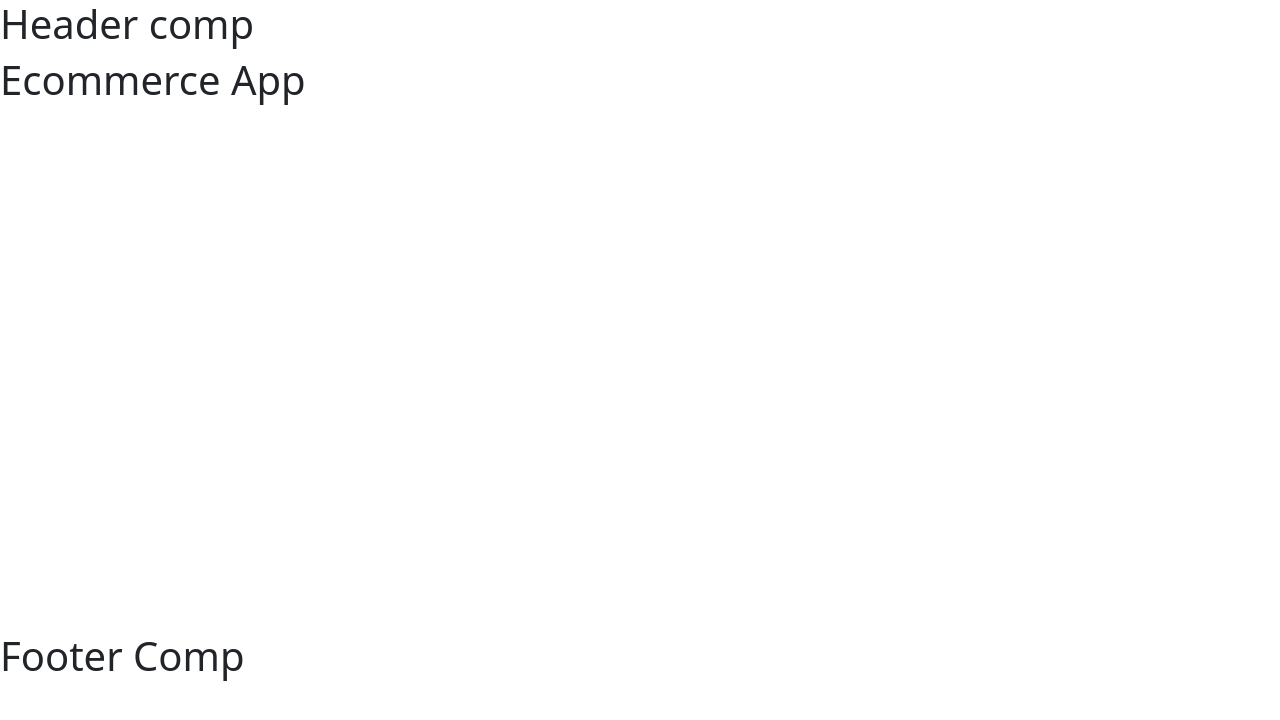
Repository: Abhi2359/SaleXpress
Page: / (app in client/)
These files come from the project's save history. The page is drawn as it stood at one moment and after a run of saves; the edit follows.
The browser window is 1280 px wide. The pictures show the whole page.
The project was rebuilt for these pictures with package versions that can differ from the ones it lists, and the page was loaded fresh each time. Also part of the build but not shown: client/vite.config.js, client/src/App.css.

Above is the page before, as saved 2023-05-08 18:20:25.

### client/index.html
<!DOCTYPE html>
<html lang="en">
  <head>
    <meta charset="UTF-8" />
    <link href="https://cdn.jsdelivr.net/npm/bootstrap@5.3.0-alpha3/dist/css/bootstrap.min.css" rel="stylesheet" integrity="sha384-KK94CHFLLe+nY2dmCWGMq91rCGa5gtU4mk92HdvYe+M/SXH301p5ILy+dN9+nJOZ" crossorigin="anonymous">
    <meta name="viewport" content="width=device-width, initial-scale=1.0" />
    <title>SaleXpress</title>
  </head>
  <body>
    <div id="root"></div>
    <script src="https://cdn.jsdelivr.net/npm/bootstrap@5.3.0-alpha3/dist/js/bootstrap.bundle.min.js" integrity="sha384-ENjdO4Dr2bkBIFxQpeoTz1HIcje39Wm4jDKdf19U8gI4ddQ3GYNS7NTKfAdVQSZe" crossorigin="anonymous"></script>
    <script type="module" src="/src/main.jsx"></script>
  </body>
</html>

### client/src/App.jsx
import { useState } from 'react'


import './App.css'
import Layout from './components/Layout/Layout'
function App() {

  return (
    <>
    <Layout>

     <h1>Ecommerce App</h1>
    </Layout>
    </>
  )
}

export default App

### client/src/index.css

@import url('https://fonts.googleapis.com/css2?family=Heebo:wght@600&family=Kumbh+Sans:wght@800&family=Playfair+Display:wght@700&family=Poppins:ital,wght@0,300;0,400;0,500;1,300;1,600&display=swap');


*{
    margin: 0;
    padding: 0;
    box-sizing: border-box;
}

/* font-family: 'Poppins', sans-serif; */
/* font-family: 'Playfair Display', serif; */

### client/src/components/Layout/Layout.jsx
import React from 'react'
import Header from './Header'
import Footer from './Footer'

const Layout = ({children}) => {
  return (
    <div>
        <Header/>
        <main style={{minHeight:"80vh"}}>

        {children}
        </main>
        <Footer/>
    </div>
  )
}

export default Layout

### client/src/components/Layout/Header.jsx
import React from 'react'

const Header = () => {
  return (
    <div>
        <h1>Header comp</h1>
    </div>
  )
}

export default Header

### client/src/components/Layout/Footer.jsx
import React from 'react'

const Footer = () => {
  return (
    <div className='bg-'>
        <h1>Footer Comp</h1>
    </div>
  )
}

export default Footer

Loaded but not shown: client/src/main.jsx (common file)

After the next 2 saves:
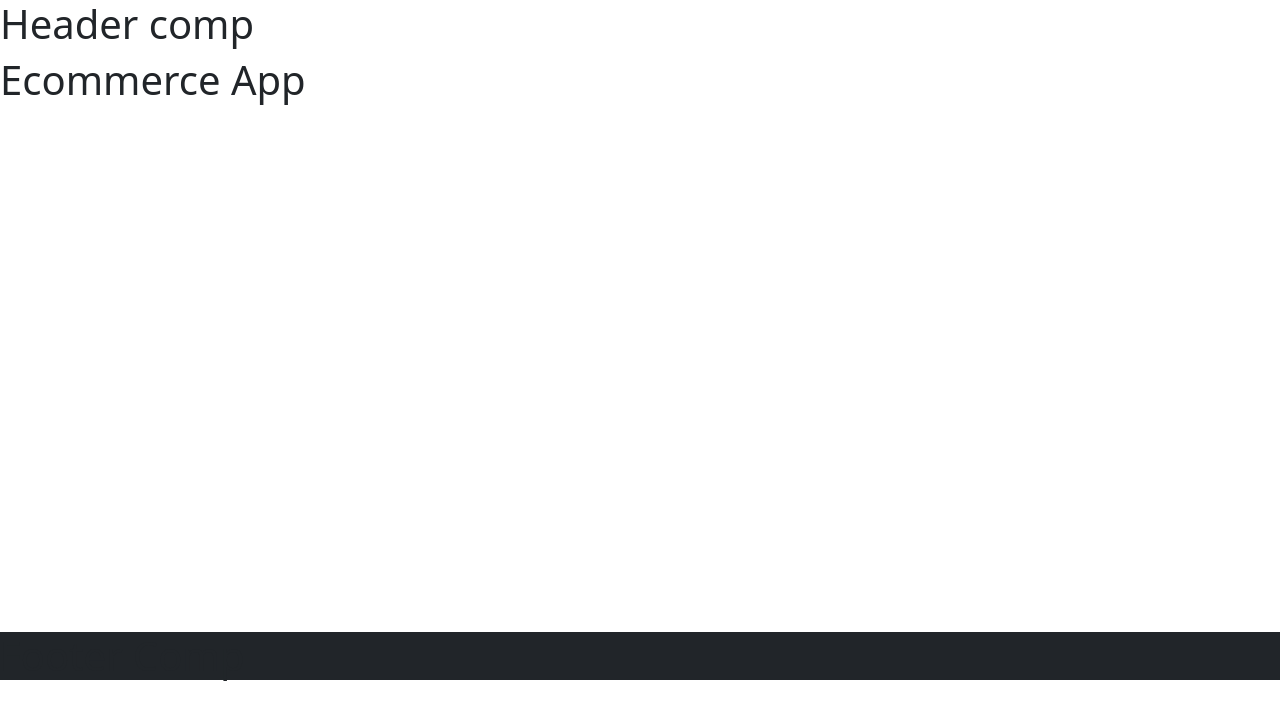
The 2 saves are shown as one change because they came seconds apart.
The last was saved 5 s later.
--- a/client/src/components/Layout/Footer.jsx
+++ b/client/src/components/Layout/Footer.jsx
@@ -2,7 +2,7 @@ import React from 'react'
 
 const Footer = () => {
   return (
-    <div className='bg-'>
+    <div className='bg-dark'>
         <h1>Footer Comp</h1>
     </div>
   )
